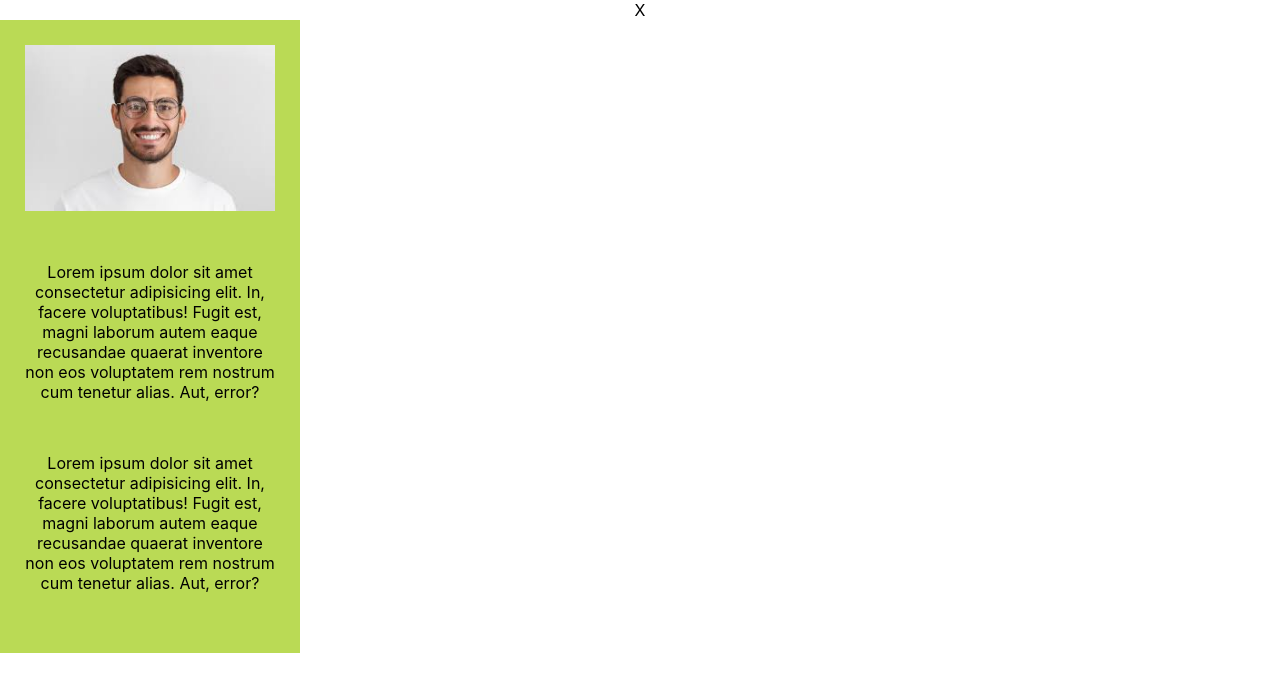
Repository: mikelnorth/team-profile-demo
Page: /
An editor plug-in stored every save of this project. The page is shown before and after the next save, followed by the edit.
The browser window is 1280 px wide. The pictures show the whole page.
The project was rebuilt for these pictures with package versions that can differ from the ones it lists, and the page was loaded fresh each time.

Above is the page before, as saved 2022-05-19 18:33:30.

After the next save:
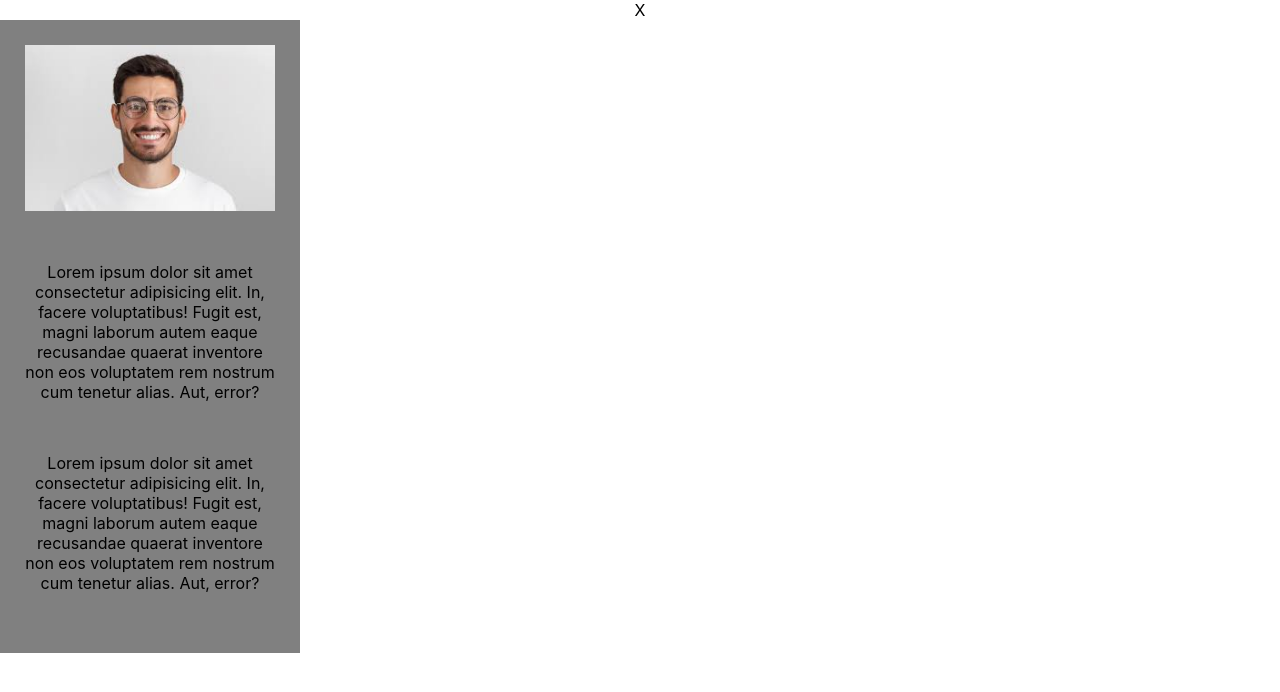
Saved 16 s later.
--- a/src/components/Card.scss
+++ b/src/components/Card.scss
@@ -3,7 +3,7 @@
   flex-direction: column;
   width: 250px;
   padding: 25px;
-  background-color: #bada55;
+  background-color: gray;
 
   p, img {
     margin-bottom: 35px;
